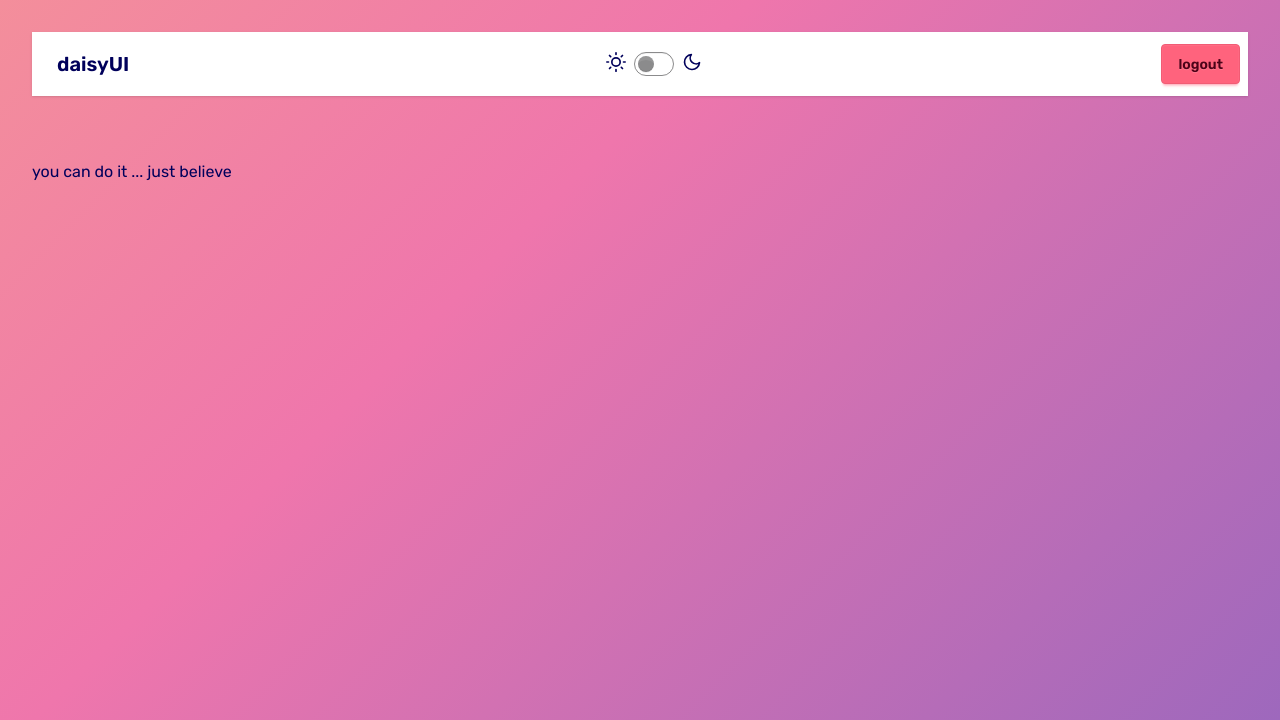
Repository: mariamnabil23/ToDo_App
Page: /
The author's editor kept a copy of each file at every save. The page is drawn from the files as they stood at one save, then again after a run of saves.
The browser window is 1280 px wide. The pictures show the whole page.
Some web fonts or font styles are not loaded; a fallback is used. The project was rebuilt for these pictures with package versions that can differ from the ones it lists, and the page was loaded fresh each time. Requests to the local data server were answered from the project's data file. Also part of the build but not shown: vite.config.js, src/pages/Profile.jsx, src/pages/NotFound.jsx.

Above is the page before, as saved 2025-05-01 23:15:47.

### index.html
<!doctype html>
<html lang="en">
  <head>
    <meta charset="UTF-8" />
    <link rel="icon" type="image/svg+xml" href="/vite.svg" />
    <meta name="viewport" content="width=device-width, initial-scale=1.0" />

    <link rel="preconnect" href="https://fonts.googleapis.com">
<link rel="preconnect" href="https://fonts.gstatic.com" crossorigin>
<link href="https://fonts.googleapis.com/css2?family=Cairo:wght@200..1000&family=Indie+Flower&family=Poetsen+One&family=Rubik:ital,wght@0,300..900;1,300..900&family=Tagesschrift&family=Tajawal:wght@200;300;400;500;700;800;900&display=swap" rel="stylesheet">

    <title>ToDo App</title>
  </head>
  <body>
    <div id="root"></div>
    <script type="module" src="/src/main.jsx"></script>
  </body>
</html>

### src/main.jsx
import { StrictMode } from 'react'
import { createRoot } from 'react-dom/client'
import "./index.css"
import App from './App.jsx'
import { AuthContextProvider } from './context/AuthContext.jsx'
import { TodoContextProvider } from './context/TodoContext.jsx'
import { ThemeContextProvider } from './context/ThemeContext.jsx'

createRoot(document.getElementById('root')).render(
  <StrictMode>
    <AuthContextProvider>
      <TodoContextProvider>
        <ThemeContextProvider>
          <App />
        </ThemeContextProvider>
      </TodoContextProvider>
    </AuthContextProvider>
  </StrictMode>,
)

### src/index.css
@import "tailwindcss";
@plugin "daisyui";

body{
    min-height: 100vh;
    font-family: "Rubik", sans-serif;
    font-optical-sizing: auto;
    font-style: normal;
}


.app{
    min-height: 100vh;

    display: flex;
  flex-direction: column;
}

.lightMood {
  background: linear-gradient(-45deg, #4158D0, #ef76ac, #FFCC70, #00DBDE);
  background-size: 400% 400%;
  animation: gradientMove 10s ease infinite;
}

@keyframes gradientMove {
  0% {
    background-position: 0% 50%;
  }
  50% {
    background-position: 100% 50%;
  }
  100% {
    background-position: 0% 50%;
  }
}

.darkMood{
    background-color: rgb(1, 1, 62);
    color: bisque;

}

table, .navbar, .modal{
    color:  rgb(0, 0, 91);
}

### src/App.jsx
import { useContext } from "react"
import { ThemeContext } from "./context/ThemeContext"
import "./App.css"
import { BrowserRouter, Routes, Route } from 'react-router-dom';

import Layout from "./layout/Layout";
import Home from "./pages/Home"
import Profile from "./pages/Profile"
import NotFound from "./pages/NotFound"


function App() {

  const {dark} = useContext(ThemeContext);

  return (
    <>
      <div className={dark ? "app  darkMood" : "app  lightMood"}  >

      <BrowserRouter>
        <Routes>
          <Route path="/"  element={ <Layout/> } >

          <Route index={true}  element={ <Home/> } />
          <Route path="profile"  element={ <Profile/> } />
          <Route path="*" element={<NotFound />} />

          </Route>

        </Routes>
      </BrowserRouter>

      </div>
    </>
  )
}

export default App

### src/context/AuthContext.jsx
import axios from "axios";
import { createContext, useEffect, useState } from "react";
import emailjs from 'emailjs-com';
import toast from "react-hot-toast";


// 1- create context
export const AuthContext = createContext();

// 2- create provider function that contain all data we will send (value)
export const AuthContextProvider = ({ children }) => {
    const [allUsers, setAllUsers] = useState([]);
    const [currentUser, setCurrentUser] = useState(() => {
        const savedUser = sessionStorage.getItem("currentUser");
        return savedUser ? JSON.parse(savedUser) : null;
    });

    const urlAPI = "http://localhost:3000/users";
    // fetch all users from API
    const fetchUsers = () => {
        axios
            .get(urlAPI)
            .then((res) => setAllUsers(res.data))
            .catch((err) => console.log("Error fetching users ❌", err));
    };

    useEffect(() => {
        fetchUsers();

    }, []);

    // login
    const handleLogin = (userInfo) => {
        setCurrentUser(userInfo);
    };


    // register
    const handleRegister = (newUser) => {
        axios.post(urlAPI, newUser)
        .then((data)=>console.log(data.data))
        .catch((error)=(confirm.log("Failed to add new users in the app ❌")))
    };

    // logout
    const handleLogout = () => {
        setCurrentUser(null);
        sessionStorage.removeItem("currentUser");
    };




        const sendCompletedTodos = (userEmail, username, completedTodos) => {
      const completedList = completedTodos.map(todo => `• ${todo.title}`).join('\n');

      const templateParams = {
        to_email: userEmail,
        username: username,
        completedTodos: completedList
      };

      emailjs.send('service_qwtjd51', 'template_w157uec', templateParams, '08YRxWyjDgOt_r7sV')
        .then((res) => {
          toast.success('Email sent successfully! 📧');
          console.log(templateParams)
        })
        .catch((err) => {
          toast.error('Failed to send email ❌');
          console.error(err);
        });
    };






    // 3- wrapper everything to the context provider
    return (
        <AuthContext.Provider value={ { allUsers, currentUser, handleLogin, handleRegister, handleLogout, sendCompletedTodos } }>

            {children}

        </AuthContext.Provider>
    );
};

### src/context/TodoContext.jsx
import axios from "axios";
import { createContext, useEffect, useState } from "react";

export const TodoContext =  createContext();



export const TodoContextProvider =( {children} )=>{

    const [todos, setTodos] = useState([]);

    // fetch todos data
    useEffect(()=>{
        axios.get("http://localhost:3000/todos")
        .then((res)=>{
            console.log(res.data);
            setTodos(res.data);
        })
        .catch((error)=>(console.log("Error from Fetching Todos! ❌", error)))
    },[])


    // add todo
    const addTodo =(newTodo)=>{

    }

    // delete todo
    const deleteTodo =(id)=>{
        setTodos(  todos.filter( (todo) => (todo.id !== id) )  )
    }

    // edit todo state
    const editTodoState =()=>{

    }

    // clear all todos
    const clearAllTodos =()=>{
        setTodos( null )
    }


    return <TodoContext.Provider  value={{todos}} >
        {children}
    </TodoContext.Provider>
}

### src/context/ThemeContext.jsx
import { createContext, useState } from "react";

export const ThemeContext =  createContext();

export const ThemeContextProvider =( {children} )=>{

    const [dark, setDark] = useState(() => {
        const saved = sessionStorage.getItem("darkTheme");
        return saved === "true";         // output ===> false
    });

    const switchTheme = () => {
    setDark((prev) => {
        const newValue = !prev;         // newValue = true ===> dark
        sessionStorage.setItem("darkTheme", newValue);
        return newValue;
    });
    };

    return <ThemeContext.Provider  value={{dark, switchTheme}} >
        {children}
    </ThemeContext.Provider>
}

### src/App.css
.app {
    min-height: 100vh;
    padding: 2rem;
    transition: all 0.3s ease;
}

.lightMood{
    background-color: bisque;
    color: rgb(0, 0, 91);
}
.darkMood{
    background-color: rgb(0, 0, 91);
    color: bisque;
}

### src/layout/Layout.jsx
import React from 'react'
import Navbar from "../components/Navbar"
import Footer from "../components/Footer"

import { Outlet } from 'react-router-dom';


const Layout = () => {
    return (
        <div>
            <Navbar/>

            <main style={{ padding: '2rem' }}>
                <Outlet />
            </main>

            <Footer/>
        </div>
    )
}

export default Layout

### src/pages/Home.jsx
import React from 'react'

const Home = () => {
  return (
    <>
    <h1></h1>
    </>
  )
}

export default Home

### src/components/Navbar.jsx
import React from 'react'
import Theme from './Theme'

const Navbar = () => {
  return (
    <>
      <div className="navbar bg-base-100 shadow-sm flex justify-between items-center">
        <a className="btn btn-ghost text-xl">daisyUI</a>

<Theme/>

        <button className='btn btn-error'>logout</button>
      </div>
    </>
  )
}

export default Navbar

### src/components/Footer.jsx
import React from 'react'

const Footer = () => {
    return (
        <div>
            <h1>you can do it ... just believe</h1>
        </div>
    )
}

export default Footer

### src/components/Theme.jsx
import React, { useContext } from 'react'
import { ThemeContext } from '../context/ThemeContext'


const Theme = () => {

    const {dark, switchTheme} = useContext(ThemeContext);


    return (
        <>
        <label className="flex cursor-pointer gap-2">
        <svg
            xmlns="http://www.w3.org/2000/svg"
            width="20"
            height="20"
            viewBox="0 0 24 24"
            fill="none"
            stroke="currentColor"
            strokeWidth="2"
            strokeLinecap="round"
            strokeLinejoin="round">
            <circle cx="12" cy="12" r="5" />
            <path
            d="M12 1v2M12 21v2M4.2 4.2l1.4 1.4M18.4 18.4l1.4 1.4M1 12h2M21 12h2M4.2 19.8l1.4-1.4M18.4 5.6l1.4-1.4" />
        </svg>
        <input type="checkbox" value="synthwave" className="toggle theme-controller"  checked={dark}  onChange={switchTheme} />
        <svg
            xmlns="http://www.w3.org/2000/svg"
            width="20"
            height="20"
            viewBox="0 0 24 24"
            fill="none"
            stroke="currentColor"
            strokeWidth="2"
            strokeLinecap="round"
            strokeLinejoin="round">
            <path d="M21 12.79A9 9 0 1 1 11.21 3 7 7 0 0 0 21 12.79z"></path>
        </svg>
    </label>
        </>
    )
}

export default Theme

### db.json
{
"todos": [
    {
        "id": 1,
        "text": "task 1",
        "done": false,
        "userId": 1,
        "createdAt": "2025-04-30T10:15:00Z"
    },
    {
        "id": 2,
        "text": "task2",
        "done": true,
        "userId": 1,
        "createdAt": "2025-04-30T10:15:00Z"
    },
    {
        "id": 3,
        "text": "task3",
        "done": true,
        "userId": 2,
        "createdAt": "2025-04-30T10:15:00Z"
    },
    {
        "id": 4,
        "text": "task4",
        "done": false,
        "userId": 2,
        "createdAt": "2025-04-30T10:15:00Z"
    }
],


"users": [
    {
        "id": 1,
        "username": "mona",
        "password": "1234",
        "image": "data:[embedded picture, 5635 characters]"
    },
    {
        "id": 2,
        "username": "ahmed",
        "password": "abcd",
        "image": "data:[embedded picture, 5751 characters]"
    }
]

}

After the next 2 saves:
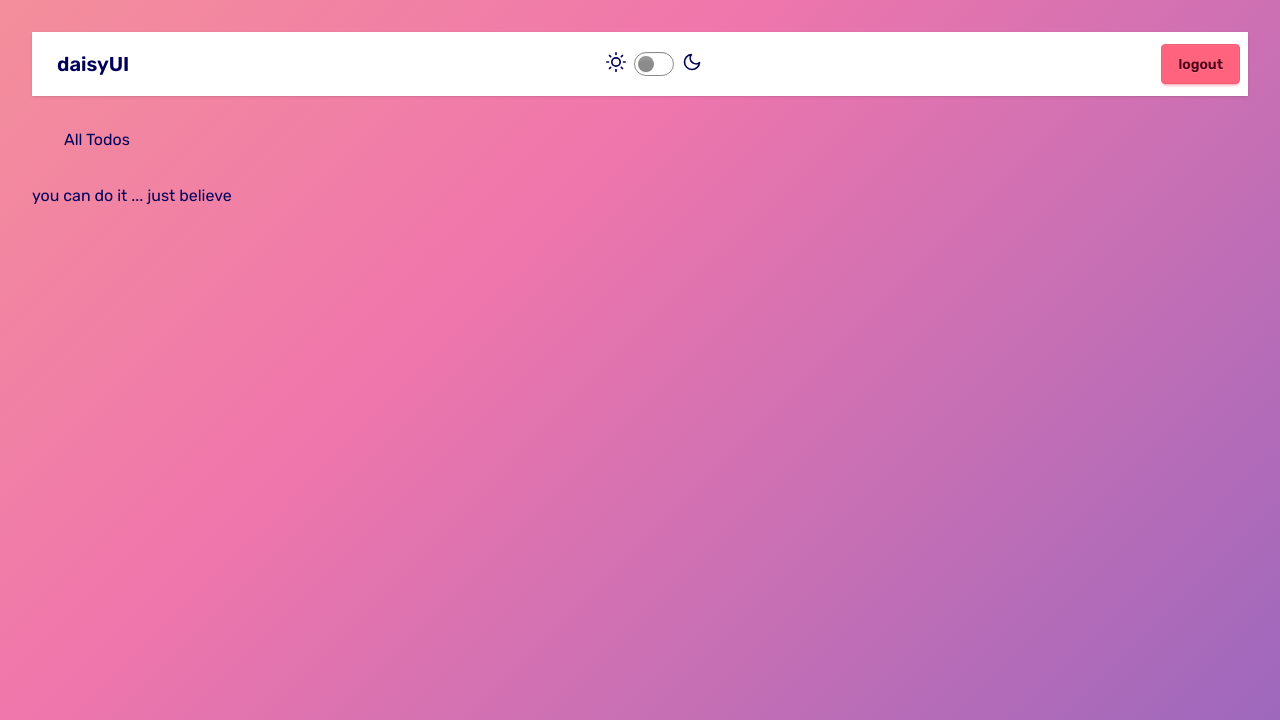
The 2 saves are shown as one change because they came seconds apart.
The last was saved 6 s later.
--- a/src/pages/Home.jsx
+++ b/src/pages/Home.jsx
@@ -3,7 +3,7 @@ import React from 'react'
 const Home = () => {
   return (
     <>
-    <h1></h1>
+    <h1>All Todos</h1>
     </>
   )
 }
